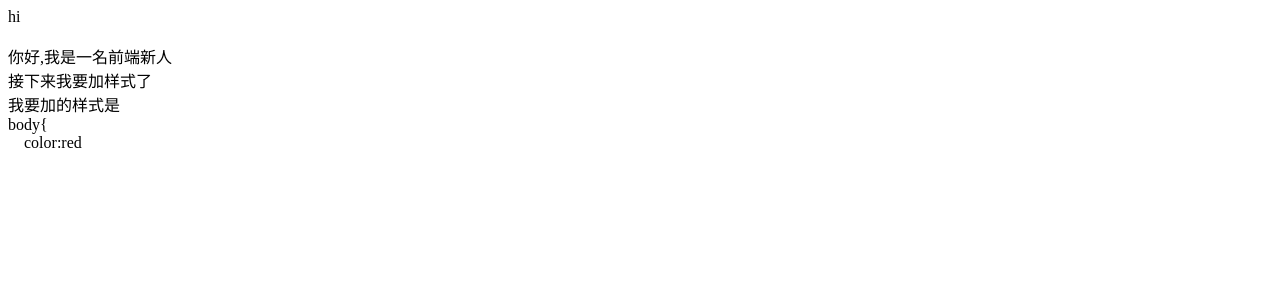
Repository: chenguocan/JS_cv
Page: index.html
The author's editor kept a copy of each file at every save. The page is drawn from the files as they stood at one save, then again after the next save.
The browser window is 1280 px wide. The pictures show the whole page.

Above is the page before, as saved 2020-07-29 15:07:19.

After the next save:
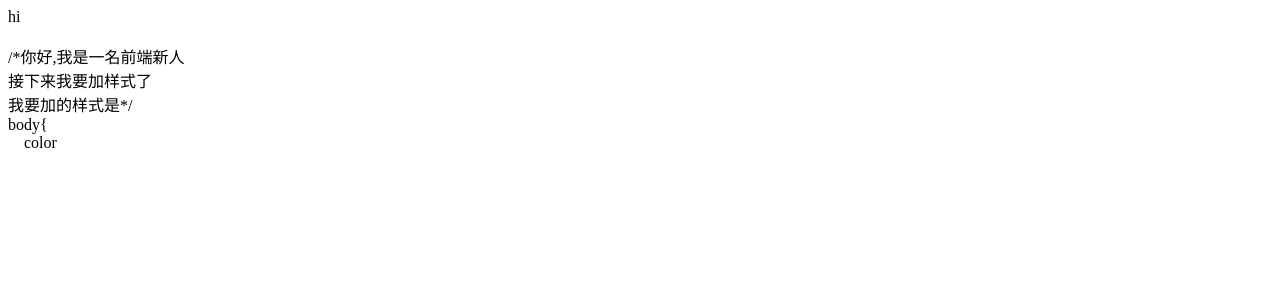
Saved 33 s later.
--- a/main.js
+++ b/main.js
@@ -2,9 +2,9 @@
 let style = document.querySelector("#style");
 let n = 0;
 let string = `
-你好,我是一名前端新人
+/*你好,我是一名前端新人
 接下来我要加样式了
-我要加的样式是
+我要加的样式是*/
 body{
     color:red;
 }
@@ -22,6 +22,7 @@
       string2 += string[n];
     }
     demo.innerHTML = string2;
+    style.innerHTML = string.substring(0, n);
     if (n < string.length - 1) {
       n += 1;
       step();
